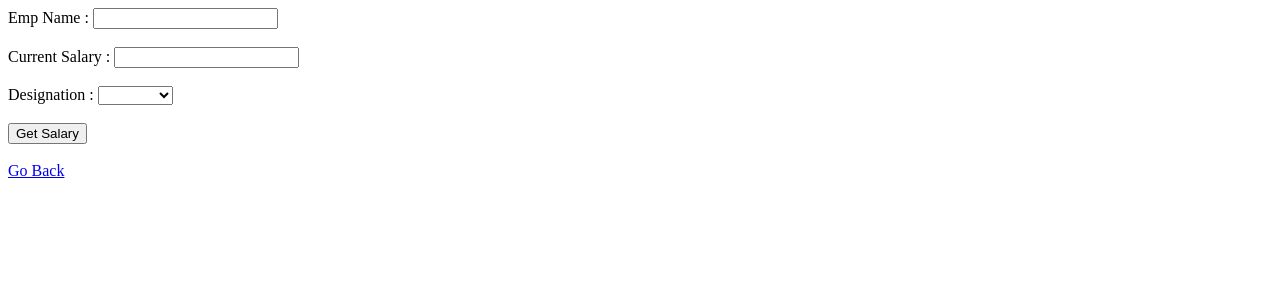
Repository: SNEHASHINDE26/JDBC
Page: eclipse-workspace/HttpServlets/src/main/webapp/emp.html
An editor plug-in stored every save of this project. The page is shown before and after the next save, followed by the edit.
The browser window is 1280 px wide. The pictures show the whole page.

Above is the page before, as saved 2024-01-16 14:49:19.

After the next save:
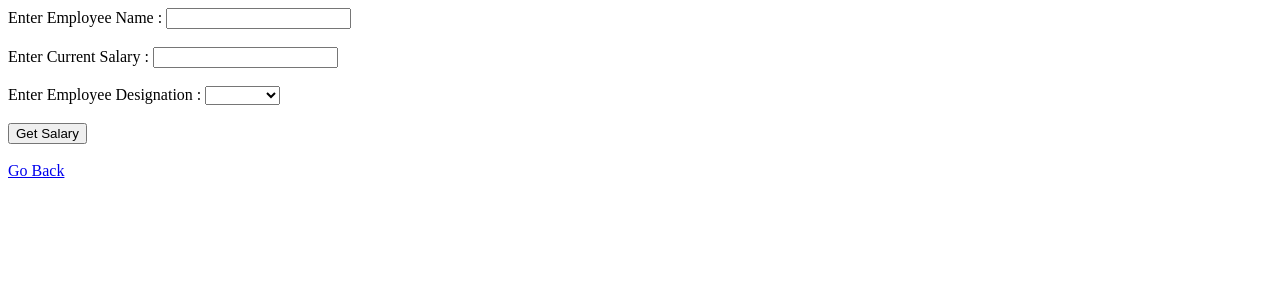
Saved 18 h 42 min later.
--- a/eclipse-workspace/HttpServlets/src/main/webapp/emp.html
+++ b/eclipse-workspace/HttpServlets/src/main/webapp/emp.html
@@ -7,15 +7,15 @@
 <body>
        <form action ="sixthlink"method="post">
 
-          <label>Emp Name :</label>
+          <label>Enter Employee Name :</label>
           <input type="text"name="emp"/><br></br>
 
-          <label>Current Salary :</label>
+          <label>Enter Current Salary :</label>
           <input type="text" name="sal"/><br></br>
 
-          <label>Designation :</label>
+          <label>Enter Employee Designation :</label>
 
-            <select>
+            <select name="Designation">
                   <option></option>
                   <option value="HR">HR</option>
                   <option value="Manager">Manager</option><br></br>
